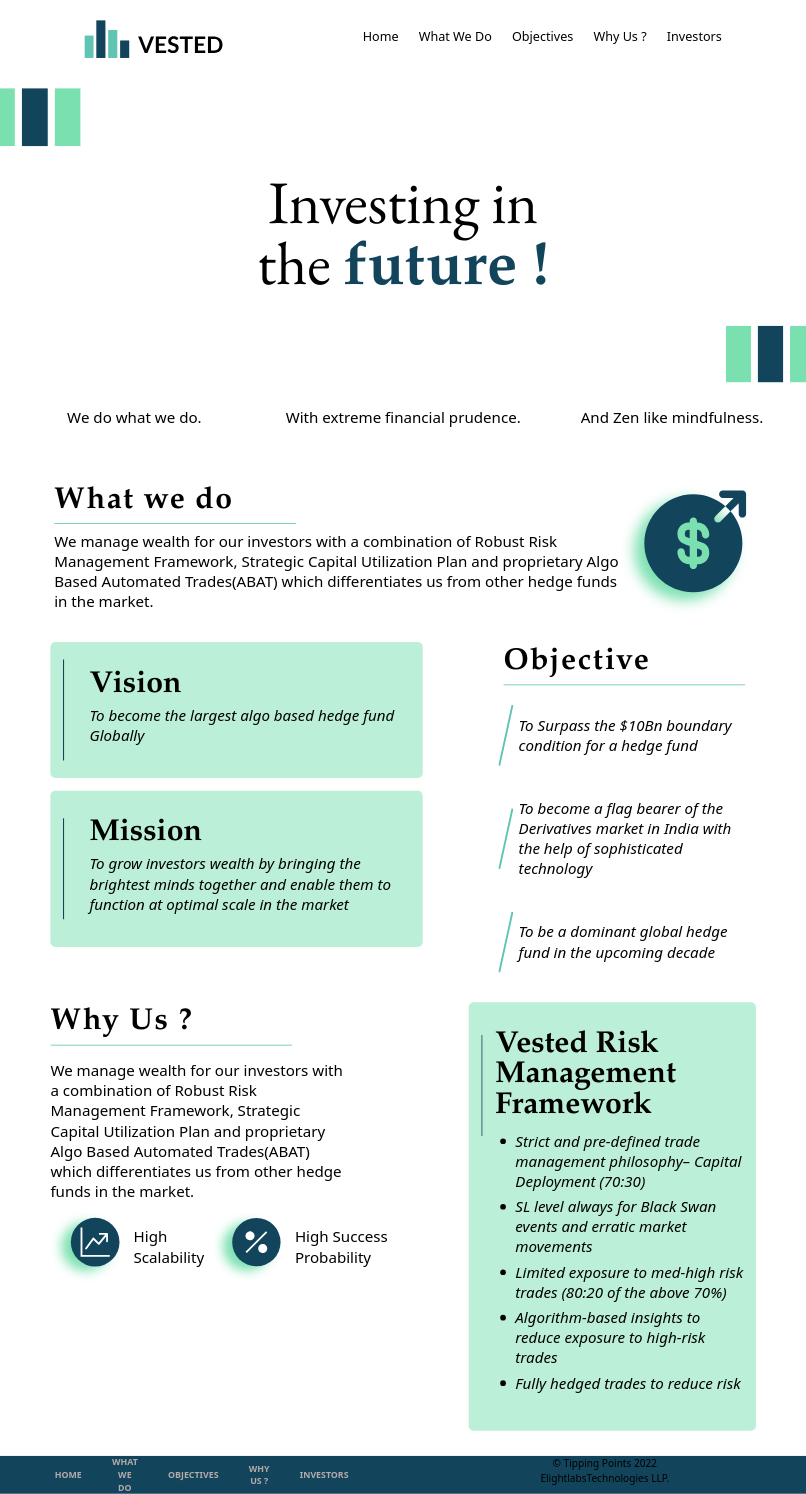
Repository: husainmamuwala/TippingPointsFinancial
Page: /
An editor plug-in stored every save of this project. The page is shown before and after the next save, followed by the edit.
The browser window is 1280 px wide. The pictures show the whole page, at 63% of full size.
The project was rebuilt for these pictures with package versions that can differ from the ones it lists, and the page was loaded fresh each time. The framework's server and built-in components were replaced by stand-ins that run in the browser. Also part of the build but not shown: next.config.js.

Above is the page before, as saved 2022-10-21 22:36:02.

After the next save:
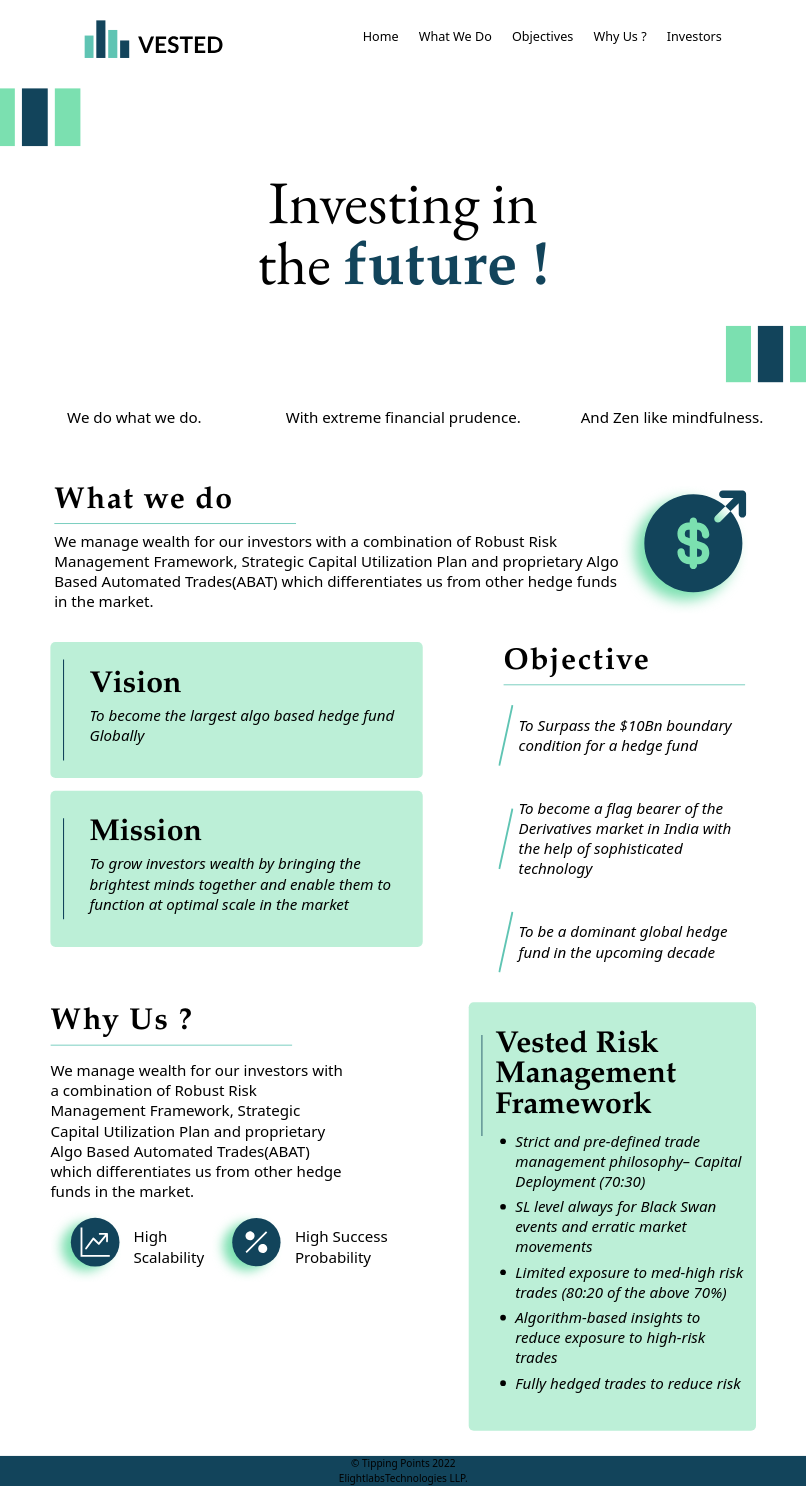
Saved 44 s later.
--- a/components/Footer.jsx
+++ b/components/Footer.jsx
@@ -14,19 +14,7 @@ const Footer = () => {
             <footer
                 className="flex flex-col md:flex-row md:justify-around bg-[#12445B]"
             >
-                <nav
-                    className="flex flex-col text-center gap-y-4 uppercase
-            items-center justify-center text-[#B4ABAB] font-semibold text-sm
-            md:flex-row md:w-2/5  "
-                >
-                    {Links.map((n) => (
-                        <Link href={n.link} key={n.link}>
-                            <a className="w-full md:w-max mx-2 lg:mx-4 xl:mx-6 hover:text-primary transition-all ">
-                                {n.name}
-                            </a>
-                        </Link>
-                    ))}
-                </nav>
+
 
                 <span className="text-center md:w-2/5">
                     <span className="text-primary">
